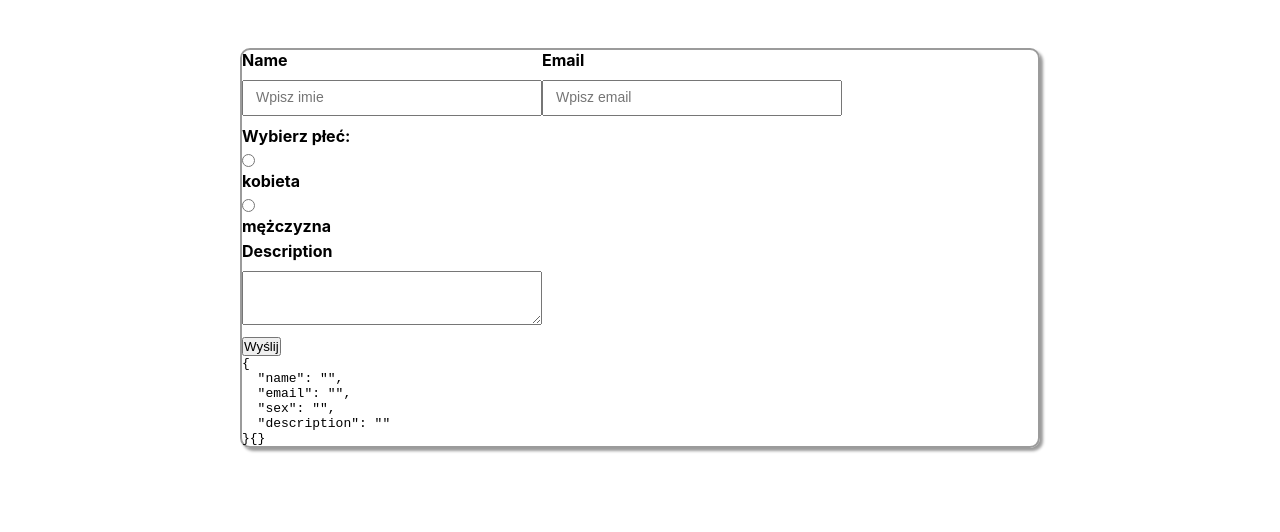
Repository: KrzysKolo/sr_tydzien4_zad3
Page: /
An editor plug-in stored every save of this project. The page is shown before and after the next save, followed by the edit.
The browser window is 1280 px wide. The pictures show the whole page.
The project was rebuilt for these pictures with package versions that can differ from the ones it lists, and the page was loaded fresh each time. Also part of the build but not shown: src/components/FormComponents/TextError.js.

Above is the page before, as saved 2020-11-19 13:40:34.

After the next save:
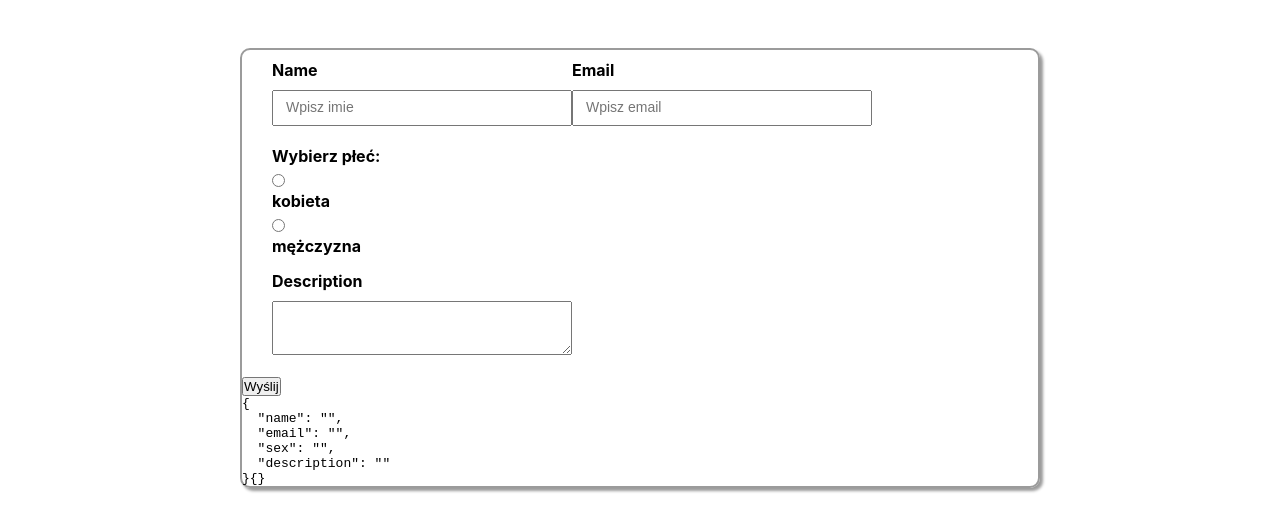
Saved 28 s later.
--- a/src/App.css
+++ b/src/App.css
@@ -13,6 +13,7 @@
 .section {
   display: flex;
   flex-direction: row;
+  margin: 10px 30px;
 }
 label {
   font-weight: bold;
